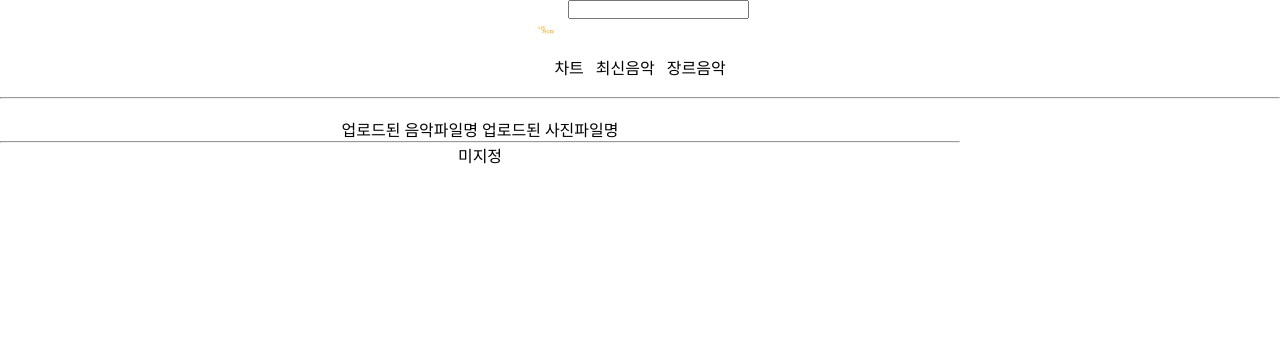
Repository: Ea-Bell/GraduationPortfolio
Page: http://localhost/WebTest/webTest/View/list/newMusicSuccess.jsp
The author's editor kept a copy of each file at every save. The page is drawn from the files as they stood at one save, then again after the next save.
The browser window is 1280 px wide. The pictures show the whole page.
The page is served by Tomcat 9. Nobody is signed in. The application's start-up code is not run. Other server files are loaded and not shown.

Above is the page before, as saved 2020-07-05 16:53:32.

### WEB_Server/WebTest/WebContent/webTest/View/list/newMusicSuccess.jsp
<%@ page language="java" contentType="text/html; charset=UTF-8"
    pageEncoding="UTF-8"%>
<!DOCTYPE html>
<html>
<head>
<link rel="stylesheet" type="text/css" href="../../Model/mainForm/mainForm.css"/>
<meta charset="UTF-8">
<title>main</title>
</head>
<script type="text/javascript" src="../../Model/mainForm/mainForm.js"></script>
<body>
	<div align="center">



		<form action="mainForm.jsp" method="post">
		<!-- 헤더 -->
		<header>
		<!-- 로고 주소를 잘 변경해서 쓰시오 -->
			<a href="../login/index.jsp" >
			<img src="../../img/logo.png" style="position: relative; top: 20px; left: 10px">
			</a>
			<input type="text" onclick="" style="position: relative; left: 20px;"> &nbsp;&nbsp;&nbsp;&nbsp;&nbsp;
			<br><br><br>
			<a href="" onmouseover="TextMover()" onmouseout="TextMount()" id="nav" style="color: black;">차트</a> &nbsp;
			<a href="" onmouseover="TextMover2()" onmouseout="TextMount2()" id="nav2" style="color: black;">최신음악</a> &nbsp;
		    <a href="" onmouseover="TextMover3()" onmouseout="TextMount3()" id="nav3" style="color: black;">장르음악</a>
		    <br><br>

		</header>
		</form>

		<hr id="hr">
		<br>

		</div>

		<!-- 콘텐츠 -->
		<div id="content" align="center" style="background-color: #ffffff;">
		<section id="main_section">
			<article class = "main_article" >

			</article>
		</section>
	<!-- 메인 섹션 건들지 말것. -->

업로드된 음악파일명${param.music_file }
업로드된 사진파일명${param.music_pictuer }



		<!-- 바텀 -->
	<div align="center">
	<hr>
	<footer style= "width: 80%; height: 50px;">미지정</footer>
	</div>

</body>
</html>

### WEB_Server/WebTest/WebContent/webTest/Model/mainForm/mainForm.css
@charset "UTF-8";
body{
	position: relative;
}

*{ margin:0; padding :0;}

img{border: 0; width:16px ; height: 16 px;}


#content{
	/* 중앙 정렬*/
	width: 960px;

	/* 수평 레이아웃 구성 */
	overflow: hidden;
}
#content > #main_section
{
	width: 650px;
	float: left;			/* 왼쪽에 붙입니다*/
}

#content > #main_aside{
	height:30%;
	width : 25%;
	float: right;           /*오른쪽에 붙입니다.*/
	margin-bottom: 20px;
	padding: 10px;

	color: #ff8000;


}



#content > #main_bside{

	width : 30%;
	height:0%;
	float: left;           /*왼쪽에 붙입니다.*/
	margin-bottom: 20px;
	padding: 10px;


}
#content > #main_cside{
	width :70%;
	height: 0%;
	float: none;           /*가운데에 붙입니다.*/
	margin-bottom: 20px;
	padding: 10px;
	border: 1px solid #e4e4e4;
	color: #ff8000;
	background-color:ff8000;
}

#textcolor{
	border: 1px solid #e4e4e4;
	color: #ff8000;
	background-color:ff8000;
}

#hr
{

}
#nav
{
	 font-family: ""
}
#winFont{
	font-family: "돋음";
	color: #1A1A1A;
}
a {
  text-decoration: none;
}

### WEB_Server/WebTest/WebContent/webTest/Model/mainForm/mainForm.js
/**
 *
 */

//문자나 이미지가 밖으로 나갔을경우
function TextMover() {
	var dama = document.getElementById('nav');
	dama.style.color="Red";
}
function ImgMover() {

}
function TextMover2() {
	var dama = document.getElementById('nav2');
	dama.style.color="Red";
}
function TextMover3() {
	var dama = document.getElementById('nav3');
	dama.style.color="Red";
}
//문자나 이미지가 밖으로 갔을경우
function TextMount() {
	var dama = document.getElementById('nav');
	dama.style.color="Black";
}
function TextMount2() {
	var dama = document.getElementById('nav2');
	dama.style.color="Black";
}
function TextMount3() {
	var dama = document.getElementById('nav3');
	dama.style.color="Black";
}
function ImgMount() {

}

After the next save:
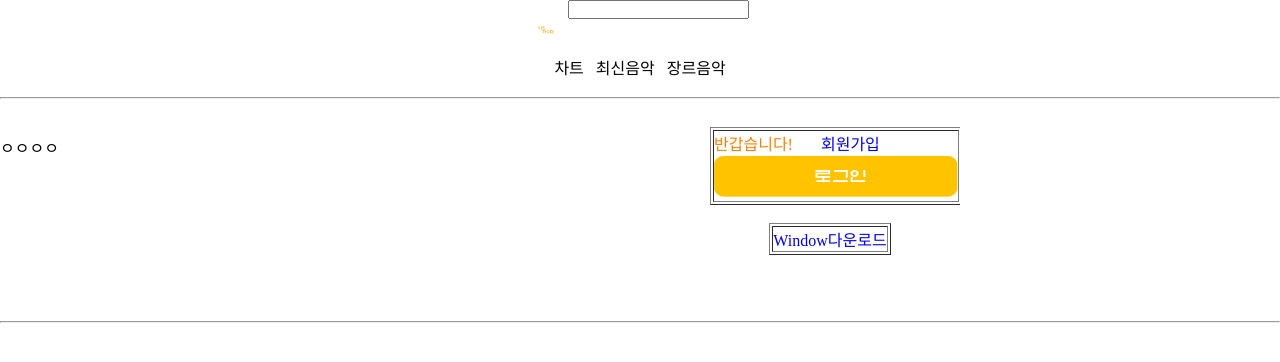
Saved 2 min 38 s later.
--- a/WEB_Server/WebTest/WebContent/webTest/View/list/newMusicSuccess.jsp
+++ b/WEB_Server/WebTest/WebContent/webTest/View/list/newMusicSuccess.jsp
@@ -1,58 +1,118 @@
 <%@ page language="java" contentType="text/html; charset=UTF-8"
     pageEncoding="UTF-8"%>
+    <%@ taglib prefix="c" uri="http://java.sun.com/jsp/jstl/core" %>
 <!DOCTYPE html>
 <html>
 <head>
-<link rel="stylesheet" type="text/css" href="../../Model/mainForm/mainForm.css"/>
+<head>
+<link rel="stylesheet" type="text/css"
+	href="../../Model/mainForm/mainForm.css" />
 <meta charset="UTF-8">
-<title>main</title>
+<title>음악등록</title>
 </head>
 <script type="text/javascript" src="../../Model/mainForm/mainForm.js"></script>
 <body>
 	<div align="center">
 
+		<form action="mainForm.jsp" method="post">
+			<!-- 헤더 -->
+			<header>
+				<a href="mainForm.jsp"> <img src="../../img/logo.png"
+					style="position: relative; top: 20px; left: 10px">
+				</a> <input type="text" onclick=""
+					style="position: relative; left: 20px;">
+				&nbsp;&nbsp;&nbsp;&nbsp;&nbsp; <br>
+				<br>
+				<br> <a href="" onmouseover="TextMover()"
+					onmouseout="TextMount()" id="nav" style="color: black;">차트</a>
+				&nbsp; <a href="../chart/recentMusic.jsp" onmouseover="TextMover2()"
+					onmouseout="TextMount2()" id="nav2" style="color: black;">최신음악</a>
+				&nbsp; <a href="" onmouseover="TextMover3()"
+					onmouseout="TextMount3()" id="nav3" style="color: black;">장르음악</a>
+				<br>
+				<br>
 
-
-		<form action="mainForm.jsp" method="post">
-		<!-- 헤더 -->
-		<header>
-		<!-- 로고 주소를 잘 변경해서 쓰시오 -->
-			<a href="../login/index.jsp" >
-			<img src="../../img/logo.png" style="position: relative; top: 20px; left: 10px">
-			</a>
-			<input type="text" onclick="" style="position: relative; left: 20px;"> &nbsp;&nbsp;&nbsp;&nbsp;&nbsp;
-			<br><br><br>
-			<a href="" onmouseover="TextMover()" onmouseout="TextMount()" id="nav" style="color: black;">차트</a> &nbsp;
-			<a href="" onmouseover="TextMover2()" onmouseout="TextMount2()" id="nav2" style="color: black;">최신음악</a> &nbsp;
-		    <a href="" onmouseover="TextMover3()" onmouseout="TextMount3()" id="nav3" style="color: black;">장르음악</a>
-		    <br><br>
-
-		</header>
+			</header>
 		</form>
 
 		<hr id="hr">
 		<br>
 
-		</div>
+	</div>
 
-		<!-- 콘텐츠 -->
-		<div id="content" align="center" style="background-color: #ffffff;">
+	<!-- 콘텐츠 -->
+	<div id="content" align="center" style="background-color: #ffffff;">
 		<section id="main_section">
-			<article class = "main_article" >
-
-			</article>
+			<article class="main_article"></article>
 		</section>
-	<!-- 메인 섹션 건들지 말것. -->
-
-업로드된 음악파일명${param.music_file }
-업로드된 사진파일명${param.music_pictuer }
+		<!-- 메인 섹션 건들지 말것. -->
 
 
+		<aside id="main_aside">
+			<form action="../login/login.jsp">
+				<table border="1">
+					<tr>
+						<td><a href=""></a>반갑습니다!&nbsp;&nbsp;&nbsp;&nbsp;&nbsp;&nbsp; <a href="../login/signUp.jsp">회원가입</a>
+							<input type="image" src="../../img/login/login.png"
+							style="height: 42px; width: 244px;"><br></td>
+					</tr>
+				</table>
 
-		<!-- 바텀 -->
+			</form>
+
+			<br>
+			<table border="1">
+				<tr>
+					<td><a href="downLoad.jsp">Window다운로드</a></td>
+				</tr>
+			</table>
+
+		</aside>
+		<br>
+<%--
+		<aside id="main_bside">
+
+
+			<table border="1">
+				<tr>
+					<td>내용물1</td>
+					<td>내용물2</td>
+				</tr>
+				<tr>
+					<td>내용물3</td>
+					<td>내용물4</td>
+				</tr>
+				<tr>
+					<td>내용물5</td>
+					<td>내용물6</td>
+				</tr>
+				<tr>
+					<td>내용물7</td>
+					<td>내용물8</td>
+				<tr>
+					<td>내용물9</td>
+					<td>
+						<!-- 요기가 한계선 --> 내용물10
+					</td>
+				</tr>
+
+			</table>
+
+		</aside>
+--%>
+<section>
+<div align="left">
+
+ㅇㅇㅇㅇ
+ </div>
+</section>
+	</div>
+	<!-- 바텀 -->
 	<div align="center">
-	<hr>
-	<footer style= "width: 80%; height: 50px;">미지정</footer>
+
+
+		<br> <br>
+		<hr>
 	</div>
 
 </body>
